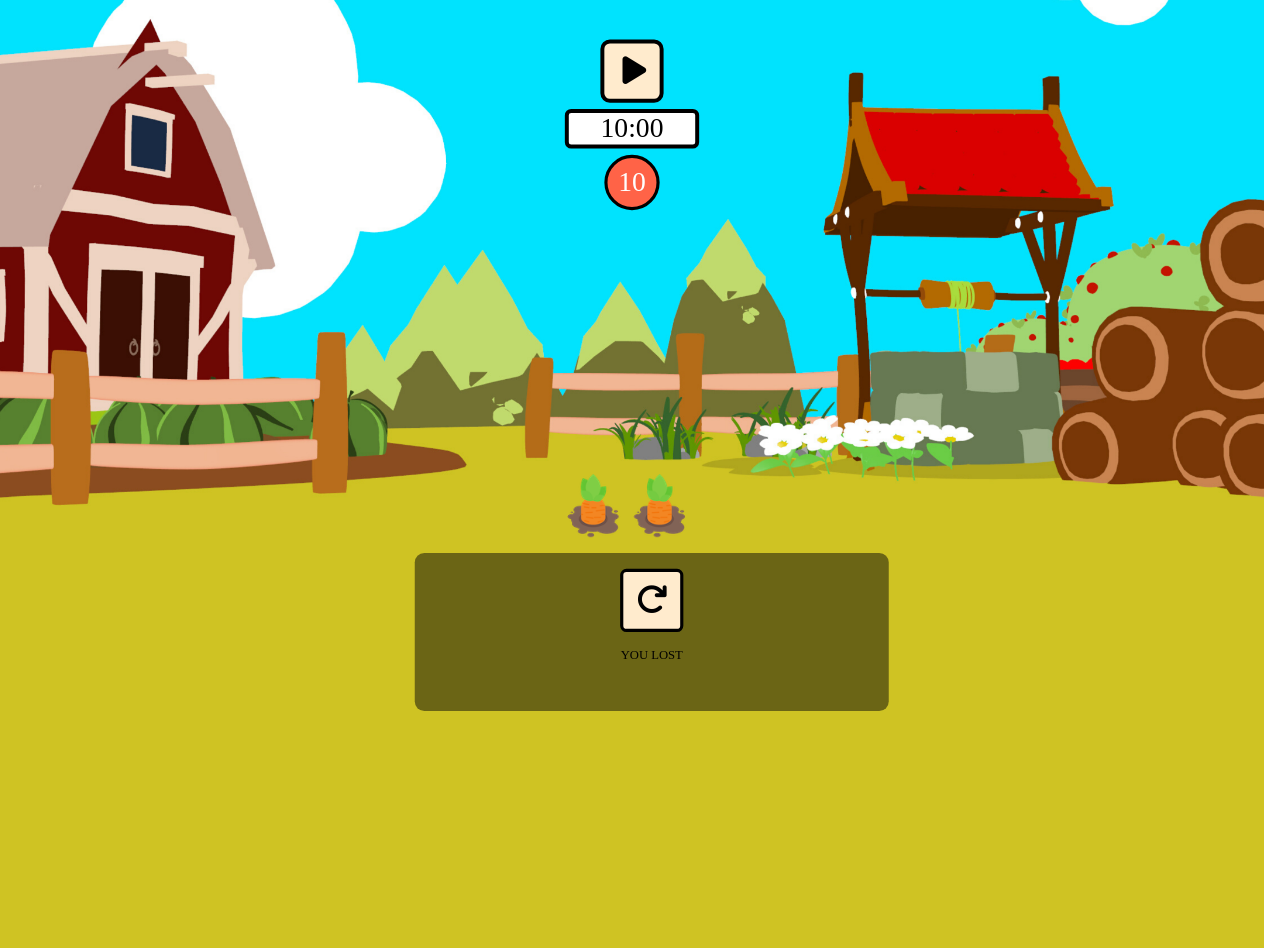
Repository: keehoonjung/Bug-Game
Page: index.html
These files come from the project's save history. The page is drawn as it stood at one moment and after the next save; the edit follows.
The browser window is 1280 px wide. The page is 1600 px wide, so the pictures cover 1600 px, including what lies to the right of the window. The pictures show the whole page, at 79% of full size.
Some web libraries are served in a nearby version.

Above is the page before, as saved 2021-08-10 11:14:39.

### index.html
<!DOCTYPE html>
<html lang="en">
<head>
    <meta charset="UTF-8">
    <meta http-equiv="X-UA-Compatible" content="IE=edge">
    <meta name="viewport" content="width=device-width, initial-scale=1.0">
    <title>Document</title>
    <link rel="stylesheet" href="style.css">
    <script src="main.js"></script>
    <script src="https://kit.fontawesome.com/a7a8d59961.js" crossorigin="anonymous"></script>
</head>
<body>
    <section class="container">
        <section class="header">
            <button class="play__btn">
                <i class="fas fa-play"></i>
            </button>
            <div class="timer">
                10:00
            </div>
            <div class="count">10</div>
        </section>
        <section class="playground">
            <img src="./img/carrot.png" alt="carrot">
            <img src="./img/carrot.png" alt="carrot">
        </section>
        <div class="popup">
            <button class="retry__btn">
                <i class="fas fa-redo"></i>
            </button>
            <div class="popup__message">YOU LOST</div>
        </div>
    </section>
</body>
</html>

### style.css
* {
  box-sizing: border-box;
}

body {
  margin: 0;
  text-align: center;
}

.container {
  background: center/ cover no-repeat url(/img/background.png);
  width: 1600px;
  height: 1200px;
  margin: auto;
}

.header {
  height: 600px;
  padding-top: 50px;
}

.play__btn {
  width: 80px;
  height: 80px;
  background-color: blanchedalmond;
  font-size: 40px;
  border: 5px solid black;
  border-radius: 12px;
  padding-left: 12px;
  margin-bottom: 8px;
}

.timer {
  margin: auto;
  width: 170px;
  height: 50px;
  border: 5px solid black;
  border-radius: 8px;
  font-size: 35px;
  background-color: white;
  margin-bottom: 8px;
}

.count {
  margin: auto;
  width: 70px;
  height: 70px;
  background-color: tomato;
  border: 4px solid black;
  border-radius: 50%;
  font-size: 35px;
  padding: 11px 0;
  color: white;
}

.playground {
  height: 600px;
  width: 100%;
}

.popup {
  position: absolute;
  top: 700px;
  left: 525px;
  width: 600px;
  height: 200px;
  background-color: rgba(9, 9, 9, 0.5);
  padding-top: 20px;
  border-radius: 12px;
}

.retry__btn {
  width: 80px;
  height: 80px;
  background-color: blanchedalmond;
  border: 4px solid black;
  border-radius: 8px;
  font-size: 40px;
  margin-bottom: 20px;
}

Loaded but not shown: main.js (no copy from this time; the picture is the same without it)

After the next save:
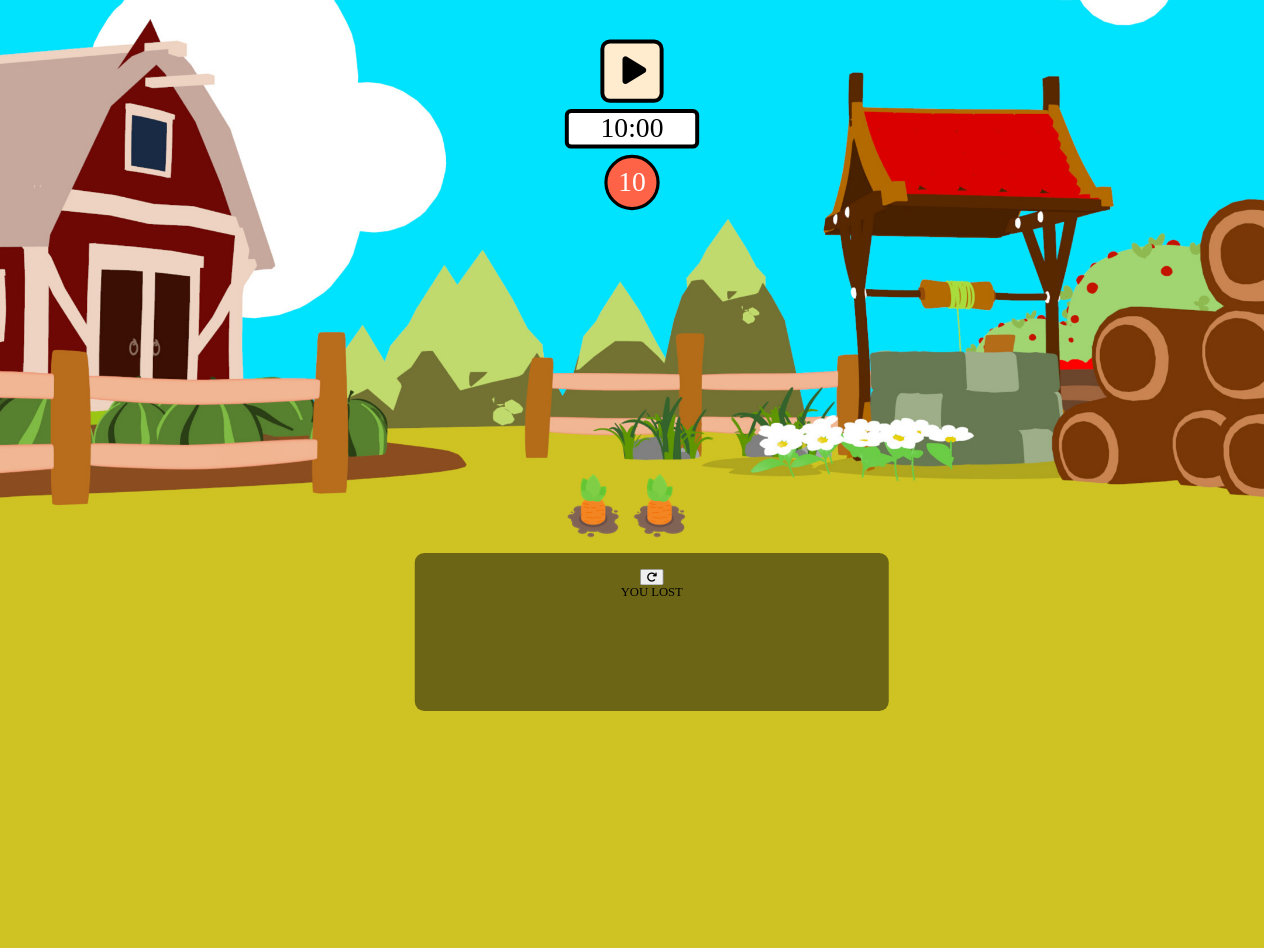
Saved 9 s later.
--- a/index.html
+++ b/index.html
@@ -25,7 +25,7 @@
             <img src="./img/carrot.png" alt="carrot">
         </section>
         <div class="popup">
-            <button class="retry__btn">
+            <button class="popup__btn">
                 <i class="fas fa-redo"></i>
             </button>
             <div class="popup__message">YOU LOST</div>

After the save that followed:
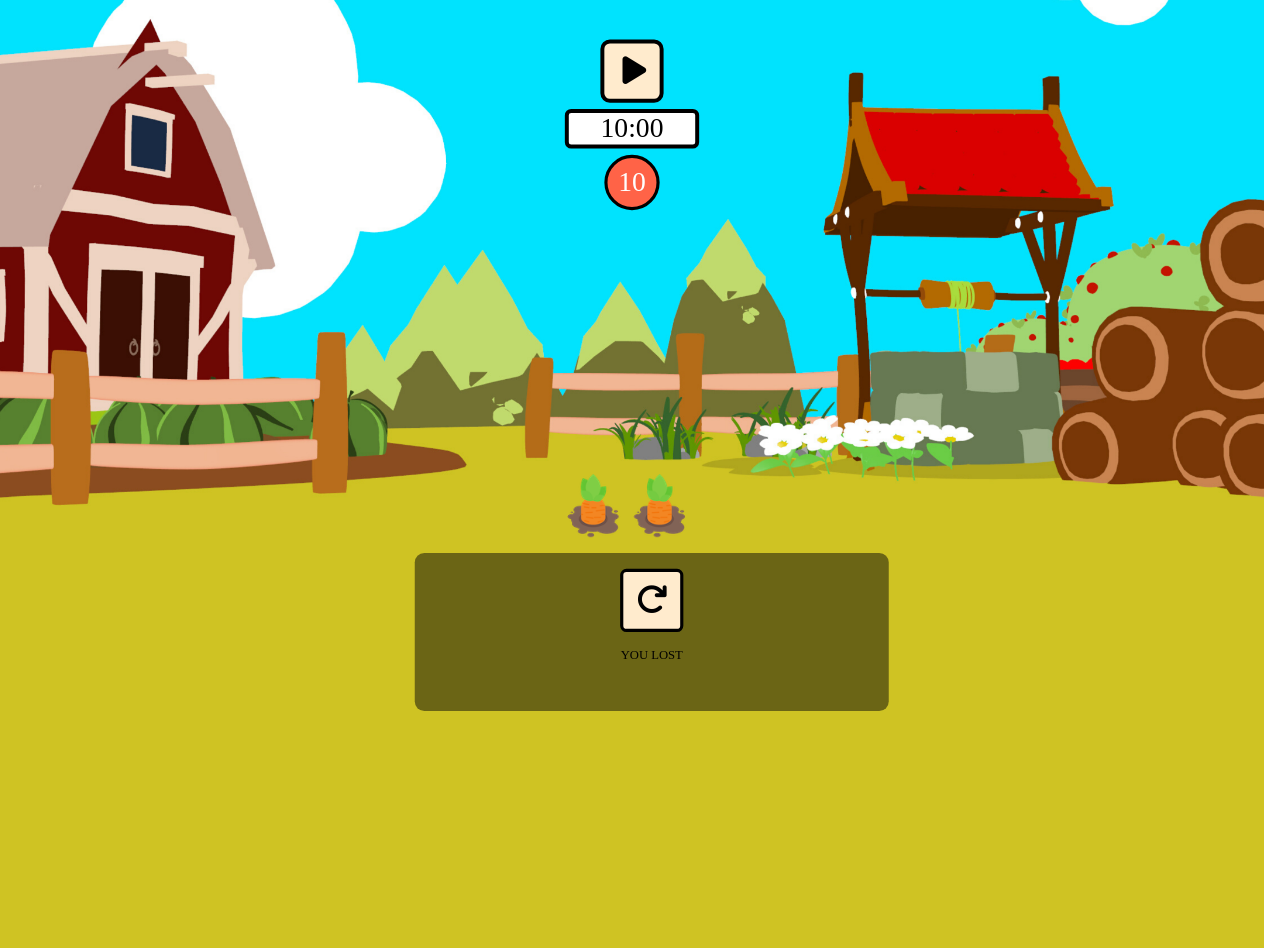
Saved 7 s later.
--- a/style.css
+++ b/style.css
@@ -69,7 +69,7 @@ body {
   border-radius: 12px;
 }
 
-.retry__btn {
+.popup__btn {
   width: 80px;
   height: 80px;
   background-color: blanchedalmond;
@@ -78,3 +78,6 @@ body {
   font-size: 40px;
   margin-bottom: 20px;
 }
+
+.message {
+}
